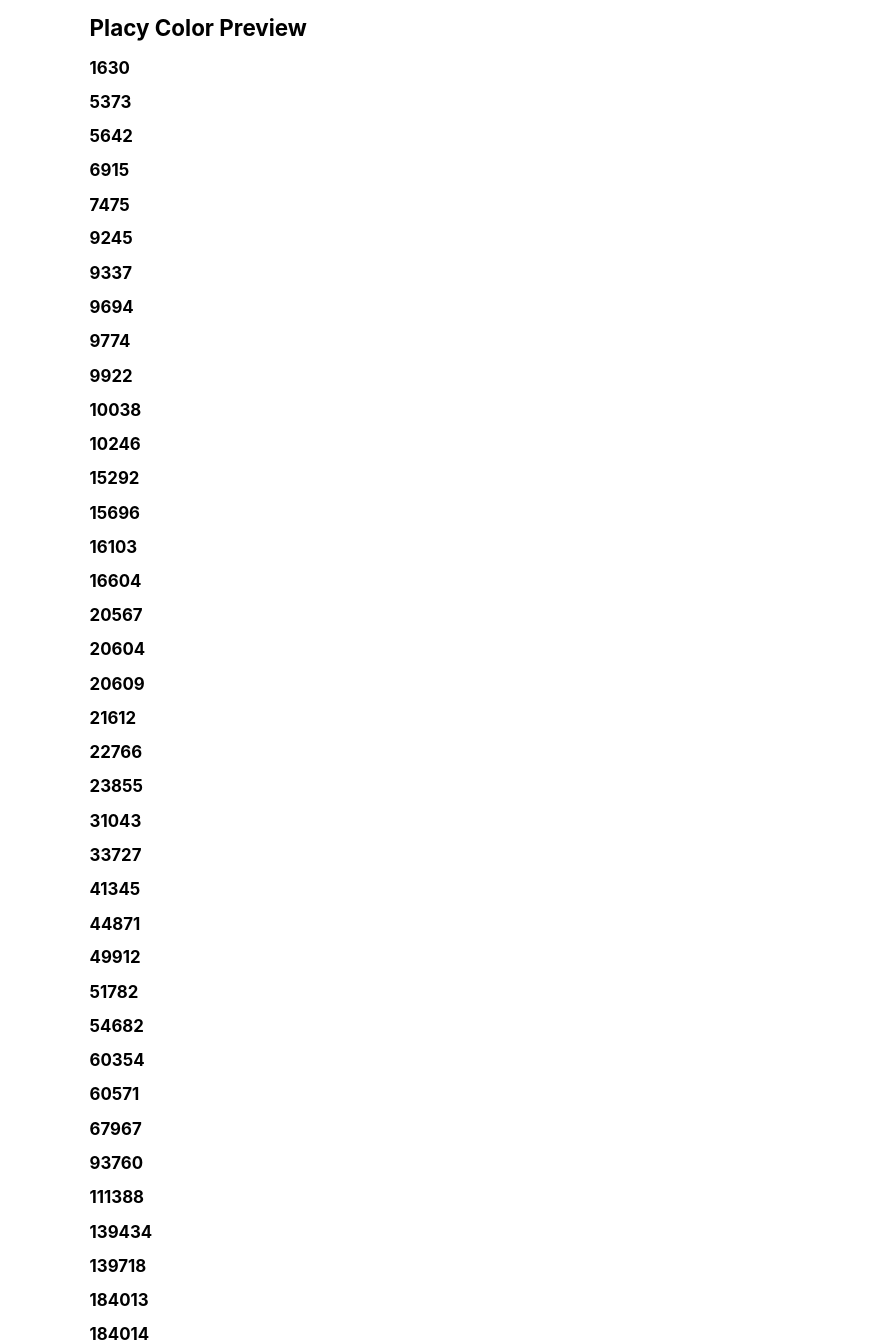
Repository: hideodaikoku/color-viewer
Page: /
These files come from the project's save history. The page is drawn as it stood at one moment and after the next save; the edit follows.
The browser window is 1280 px wide. The pictures show the part of the page from y = 0 to 1920 px (the page is 4239 px tall before and 4280 px after), at 70% of full size.
The project was rebuilt for these pictures with package versions that can differ from the ones it lists, and the page was loaded fresh each time. Also part of the build but not shown: src/styles/card.module.css.

Above is the page before, as saved 2021-07-06 02:20:58.

After the next save:
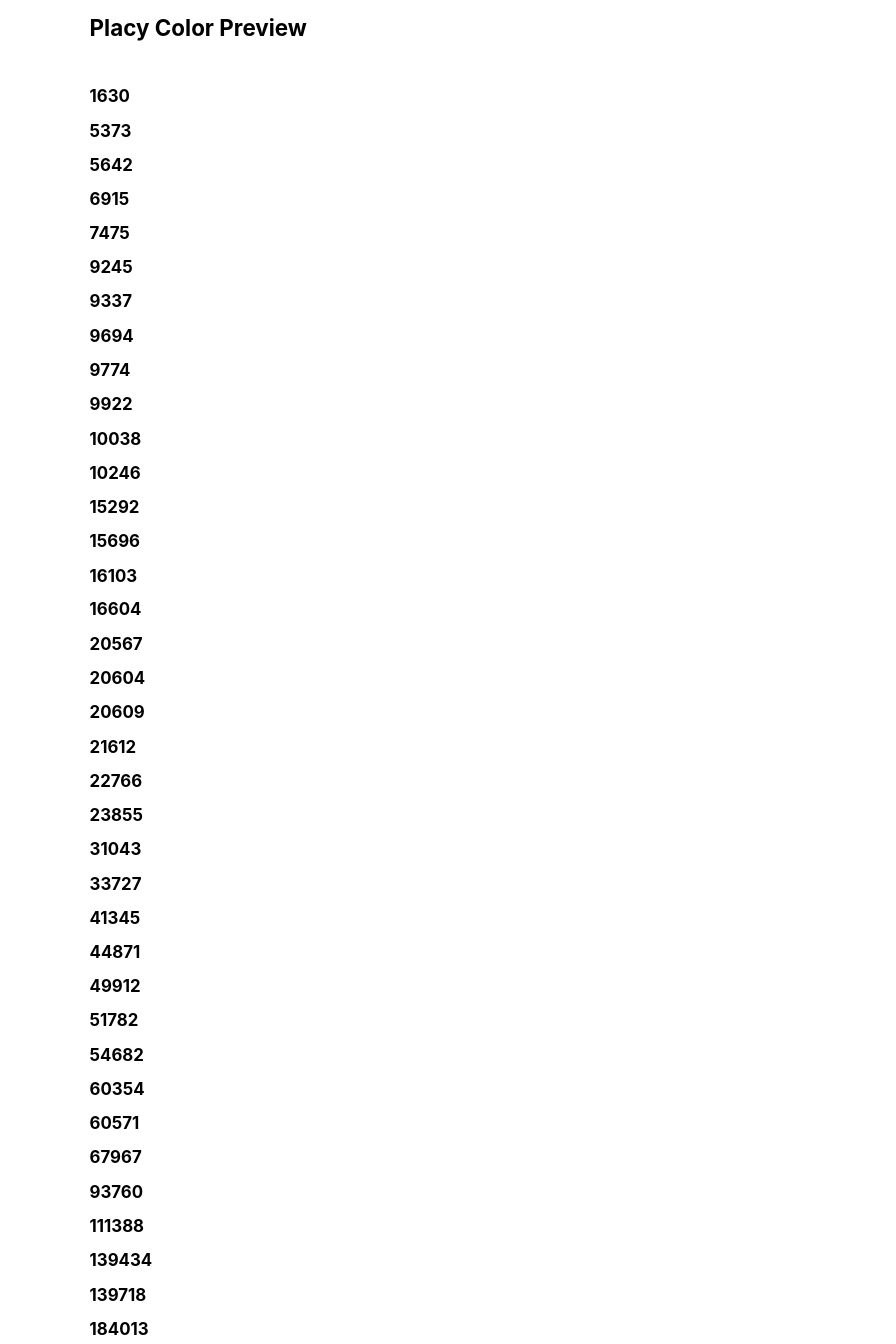
Saved 38 s later.
--- a/src/styles/main.module.css
+++ b/src/styles/main.module.css
@@ -3,3 +3,7 @@
     margin: 0 auto;
     max-width: 80%;
 }
+
+.header{
+    height: 5rem;
+}
